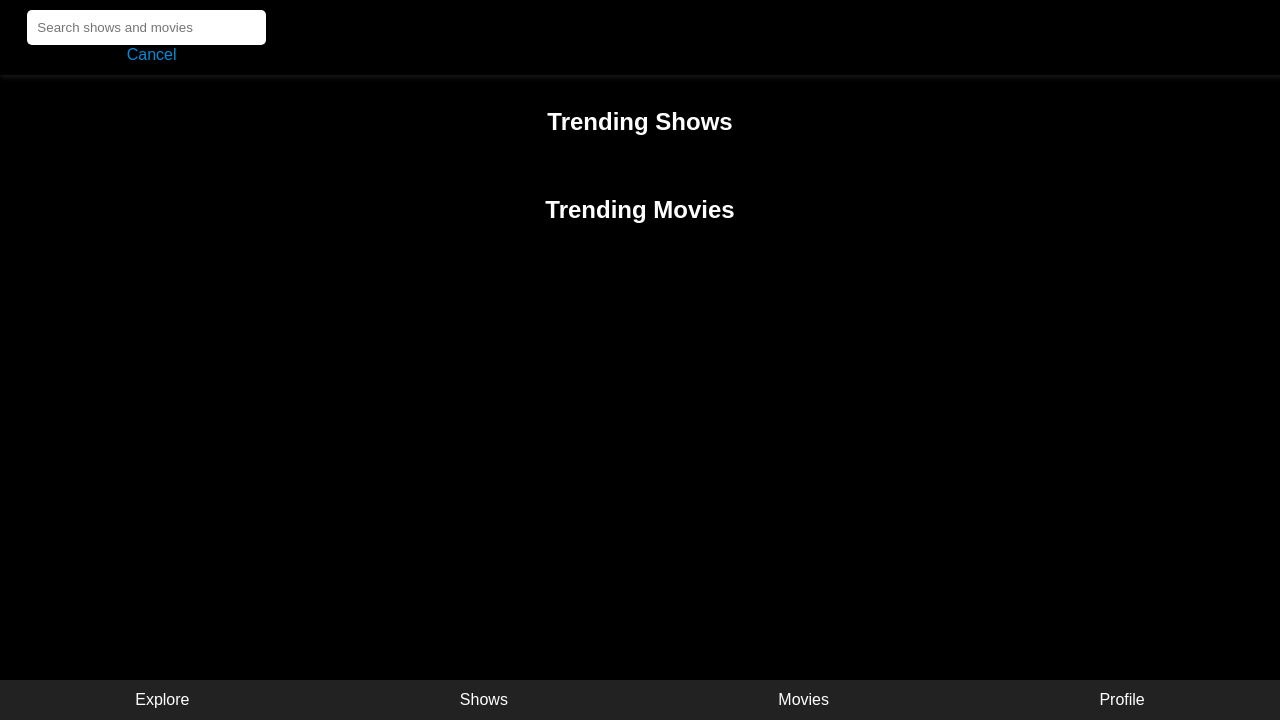
Repository: carson-jenkins-5/tracktv
Page: tracktv/frontend/index.html
These files come from the project's save history. The page is drawn as it stood at one moment and after the next save; the edit follows.
The browser window is 1280 px wide. The pictures show the whole page.
The page's requests for data from a server got no answer.

Above is the page before, as saved 2025-03-02 00:16:14.

After the next save:
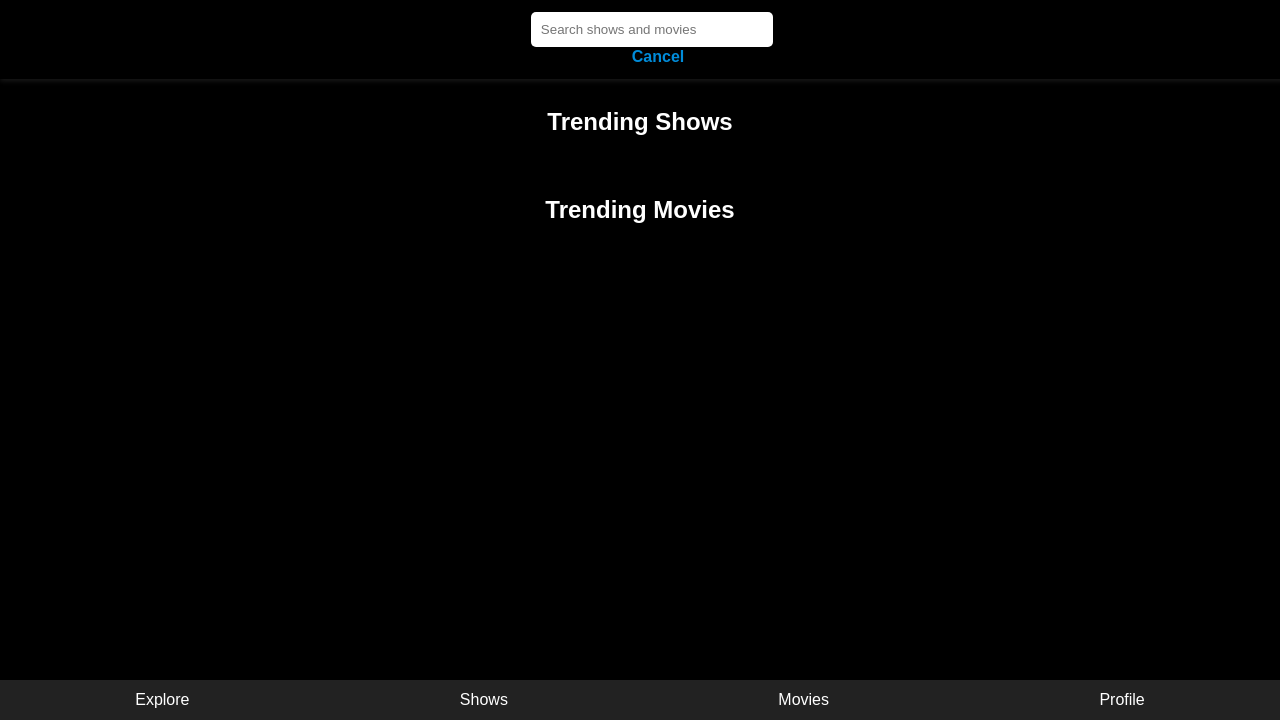
Saved 83 s later.
--- a/tracktv/frontend/styles.css
+++ b/tracktv/frontend/styles.css
@@ -14,21 +14,24 @@ body {
     left: 0;
     width: 100%;
     background-color: black;
-    z-index: 1000; /* Stay on top */
+    z-index: 1000; /* Keep it on top */
     display: flex;
     align-items: center;
-    padding: 10px;
+    justify-content: center;
+    padding: 12px;
     box-shadow: 0px 2px 5px rgba(255, 255, 255, 0.1);
 }
 
+/* Search Input */
 .search-bar {
     flex-grow: 1;
-    border: none;
-    background-color: black;
+    max-width: 80%;
+    padding: 10px;
+    border-radius: 20px;
+    font-size: 16px;
+    border: 1px solid rgba(255, 255, 255, 0.3);
+    background-color: #222;
     color: white;
-    font-size: 16px;
-    padding: 8px 12px;
-    border-bottom: 1px solid rgba(255, 255, 255, 0.3);
     outline: none;
 }
 
@@ -38,8 +41,14 @@ body {
     border: none;
     color: #008CDA;
     font-size: 16px;
-    margin-left: 10px;
+    font-weight: bold;
+    margin-left: 12px;
     cursor: pointer;
+    transition: color 0.3s ease;
+}
+
+#cancel-btn:hover {
+    color: #00aaff;
 }
 
 #search-input {
